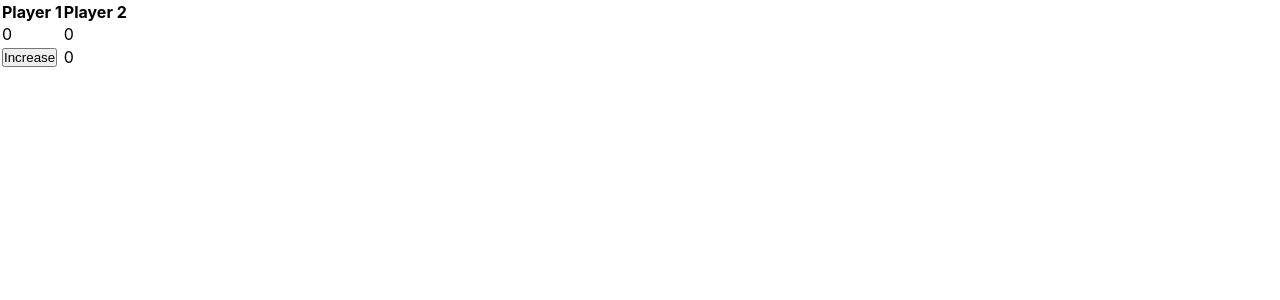
Repository: react-for-web-developers/02-intro-to-react
Page: / (app in exercises/score-counter/)
An editor plug-in stored every save of this project. The page is shown before and after the next save, followed by the edit.
The browser window is 1280 px wide. The pictures show the whole page.
The project was rebuilt for these pictures with package versions that can differ from the ones it lists, and the page was loaded fresh each time.

Above is the page before, as saved 2021-10-10 21:07:03.

After the next save:
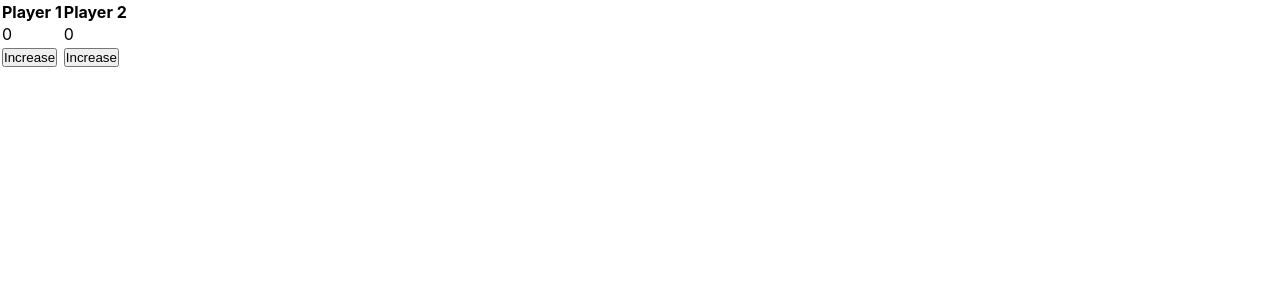
Saved 9 s later.
--- a/exercises/score-counter/src/App.js
+++ b/exercises/score-counter/src/App.js
@@ -17,7 +17,7 @@ function App() {
         </tr>
         <tr>
           <td><button>Increase</button></td>
-          <td>{count2}</td>
+          <td><button>Increase</button></td>
         </tr>
       </table>
     </div>
